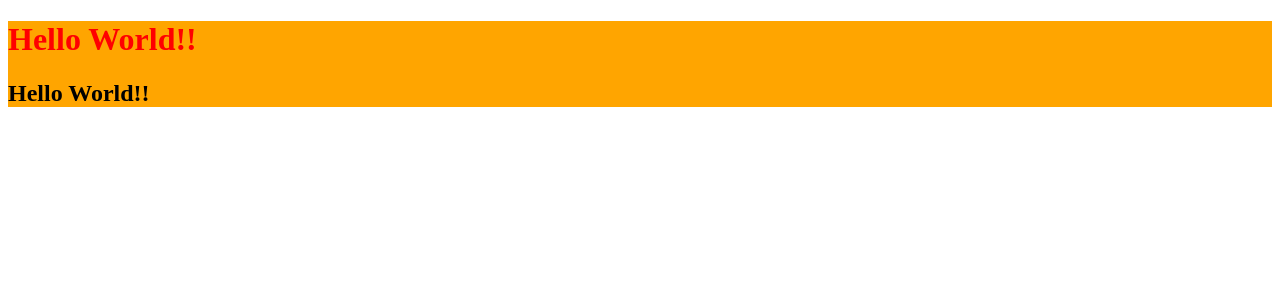
Repository: neerajachinnareddy/namaste-react
Page: index.html
An editor plug-in stored every save of this project. The page is shown before and after the next save, followed by the edit.
The browser window is 1280 px wide. The pictures show the whole page.

Above is the page before, as saved 2024-07-24 08:33:07.

After the next save:
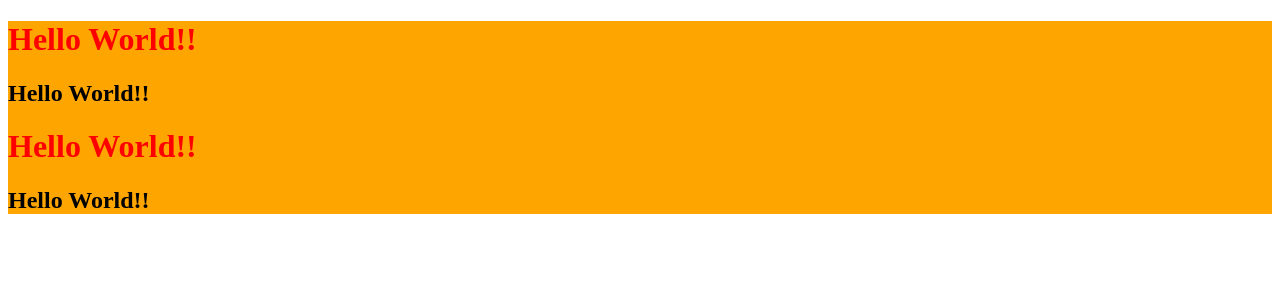
Saved 80 s later.
--- a/app.js
+++ b/app.js
@@ -1,6 +1,10 @@
 /*
     <div id='parent'>
         <div id='child1>
+            <h1>Hello World!!</h1>
+            <h2>Hello World!!</h2>
+        </div>
+        <div id="child2">
             <h1>Hello World!!</h1>
             <h2>Hello World!!</h2>
         </div>
@@ -11,15 +15,23 @@
 const divEle = React.createElement(
     "div",
     {id:'parent'},
-    React.createElement(
-        "div",
-        {id:'child1'},
-        [
-            React.createElement("h1",{},"Hello World!!"),
-            React.createElement("h2",{},"Hello World!!")
-        ]
+    [
+        React.createElement("div",{id:'child1'},
+            [
+                React.createElement("h1",{},"Hello World!!"),
+                React.createElement("h2",{},"Hello World!!")
+            ]
 
-    )
+        ),
+        React.createElement("div",{id:'child2'},
+            [
+                React.createElement("h1",{},"Hello World!!"),
+                React.createElement("h2",{},"Hello World!!")
+            ]
+
+        ),
+    ]
+
 )
 // const heading = React.createElement(
 //     "h1",
